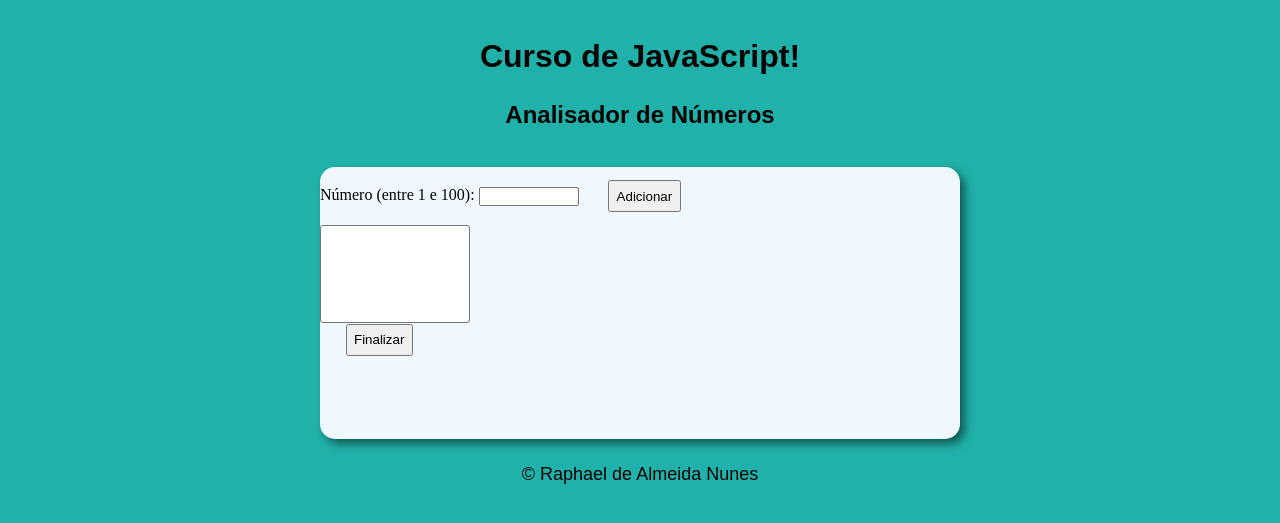
Repository: raphaanunes/codigos
Page: Cursos JavaScript/exercício/analisador de números/analisador.html
An editor plug-in stored every save of this project. The page is shown before and after the next save, followed by the edit.
The browser window is 1280 px wide. The pictures show the whole page.

Above is the page before, as saved 2024-08-11 14:08:52.

After the next save:
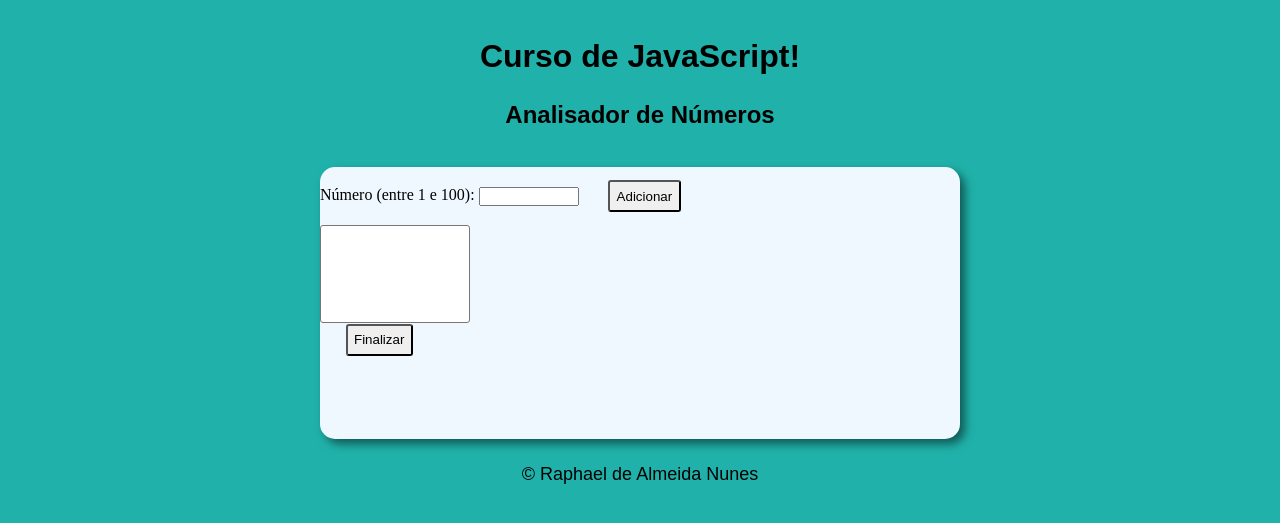
Saved 8 s later.
--- a/Cursos JavaScript/exercício/analisador de números/analisador.css
+++ b/Cursos JavaScript/exercício/analisador de números/analisador.css
@@ -55,6 +55,7 @@ input#botao{
         padding: 1%;
         width:fit-content;
         margin-left: 4%;
+        border-radius: 3px;
     }
 
 div{padding-top: 2%;}
